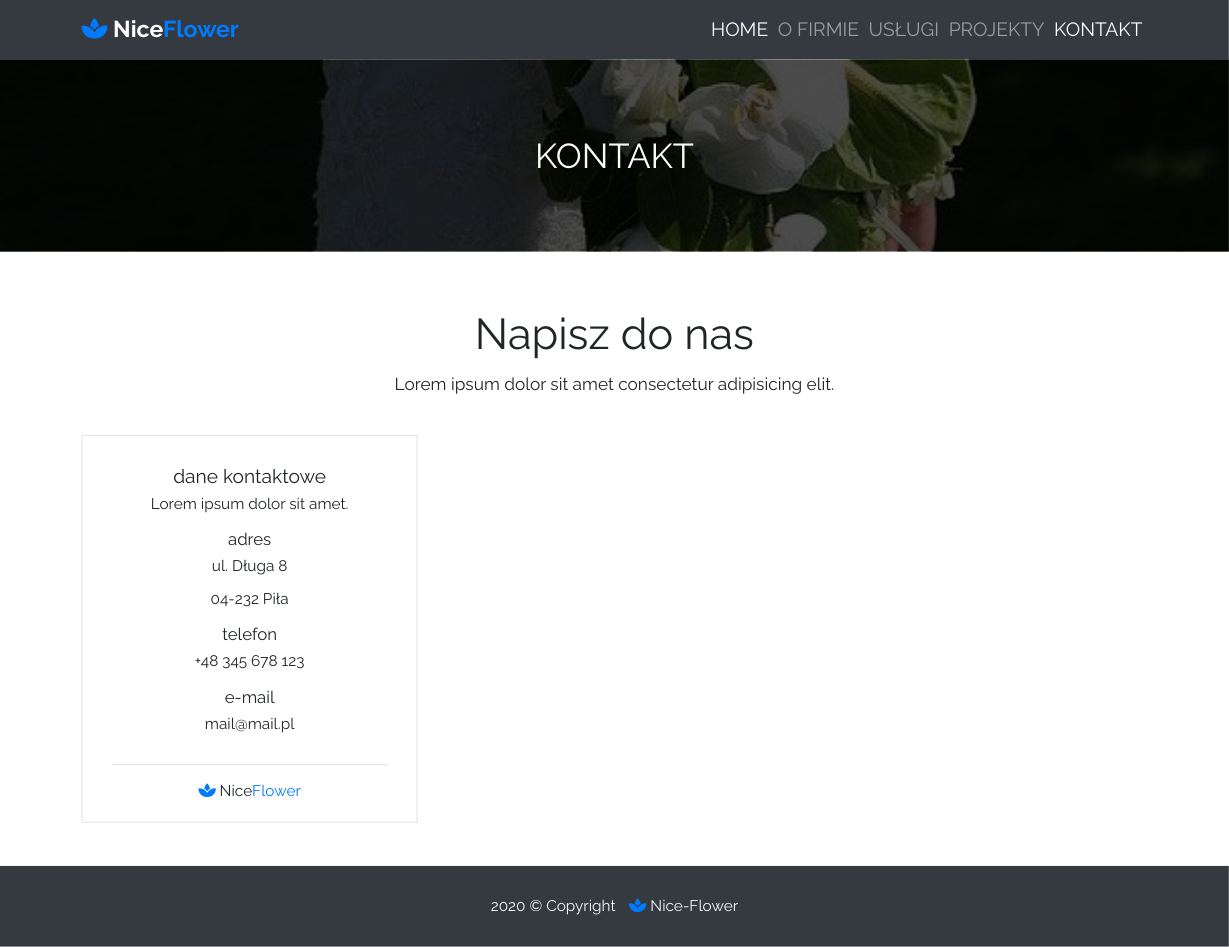
Repository: KrzysKolo/Projekt-13_Kwiaciarnia
Page: contact.html
The author's editor kept a copy of each file at every save. The page is drawn from the files as they stood at one save, then again after the next save.
The browser window is 1280 px wide. The pictures show the whole page, at 96% of full size.
Some web libraries are served in a nearby version.

Above is the page before, as saved 2020-08-11 13:24:17.

### contact.html
<!DOCTYPE html>
<html lang="pl">
  <head>
    <meta charset="UTF-8" />
    <meta name="viewport" content="width=device-width, initial-scale=1.0" />
    <title>Nice-Flower</title>
    <script
      src="https://kit.fontawesome.com/21efeaf281.js"
      crossorigin="anonymous"
    ></script>

    <link
      rel="stylesheet"
      href="https://stackpath.bootstrapcdn.com/bootstrap/4.5.0/css/bootstrap.min.css"
      integrity="sha384-9aIt2nRpC12Uk9gS9baDl411NQApFmC26EwAOH8WgZl5MYYxFfc+NcPb1dKGj7Sk"
      crossorigin="anonymous"
    />
    <link
      href="https://fonts.googleapis.com/css2?family=Raleway:wght@400;700&display=swap"
      rel="stylesheet"
    />
    <link rel="stylesheet" href="style.css" />
  </head>
  <body>
    <nav class="navbar navbar-expand-lg navbar-dark bg-dark py-3">
      <div class="container">
        <a class="navbar-brand" href="index.html"
          ><i class="fas fa-spa text-primary"></i> Nice<span
            class="text-primary"
            >Flower</span
          ></a
        >
        <button
          class="navbar-toggler border-0"
          type="button"
          data-toggle="collapse"
          data-target="#navbarNavAltMarkup"
          aria-controls="navbarNavAltMarkup"
          aria-expanded="false"
          aria-label="Toggle navigation"
        >
          <i class="fas fa-bars px-4"></i>
        </button>
        <div class="collapse navbar-collapse" id="navbarNavAltMarkup">
          <div class="navbar-nav ml-auto">
            <a class="nav-link active" href="index.html">Home </a>
            <a class="nav-link" href="abouteus.html">O firmie</a>
            <a class="nav-link" href="services.html"> Usługi</a>
            <a class="nav-link" href="projects.html">Projekty</a>
            <a class="nav-link active" href="#"
              ><span class="sr-only">(current)</span>Kontakt</a
            >
          </div>
        </div>
      </div>
    </nav>

    <!-- MAIN -->
    <main>
      <section class="top-hero contact-hero">
        <div class="hero-shadow"></div>
        <p class="top-hero-text text-light">Kontakt</p>
      </section>
      <section class="contact py-5">
        <div class="container">
          <div class="text-center py-5">
            <p class="display-3">Napisz do nas</p>
            <p class="additional-text">
              Lorem ipsum dolor sit amet consectetur adipisicing elit.
            </p>
          </div>

          <div class="row">
            <div class="col-md-5 col-lg-4">
              <div class="border p-5 mb-4 text-center">
                <h2>dane kontaktowe</h2>
                <p>Lorem ipsum dolor sit amet.</p>
                <h3 class="mt-4">adres</h3>
                <p>ul. Długa 8</p>
                <p>04-232 Piła</p>
                <h3 class="mt-4">telefon</h3>
                <p>+48 345 678 123</p>
                <h3 class="mt-4">e-mail</h3>
                <p>mail@mail.pl</p>
                <div class="contact-logo mt-5 pt-4 mb-n3 border-top">
                  <i class="fas fa-spa text-primary"></i> Nice<span
                    class="text-primary"
                    >Flower</span
                  >
                </div>
              </div>
            </div>
            <div class="col-md-7 col-lg-8"></div>
          </div>
        </div>
      </section>
    </main>
    <footer class="bg-dark text-light">
      <p class="py-5 px-3 mb-0 text-center">
        2020 &copy; Copyright
        <i class="ml-3 fas fa-spa text-primary"></i> Nice-Flower
      </p>
    </footer>
    <script
      src="https://code.jquery.com/jquery-3.5.1.slim.min.js"
      integrity="sha384-DfXdz2htPH0lsSSs5nCTpuj/zy4C+OGpamoFVy38MVBnE+IbbVYUew+OrCXaRkfj"
      crossorigin="anonymous"
    ></script>
    <script
      src="https://cdn.jsdelivr.net/npm/popper.js@1.16.0/dist/umd/popper.min.js"
      integrity="sha384-Q6E9RHvbIyZFJoft+2mJbHaEWldlvI9IOYy5n3zV9zzTtmI3UksdQRVvoxMfooAo"
      crossorigin="anonymous"
    ></script>
    <script
      src="https://stackpath.bootstrapcdn.com/bootstrap/4.5.0/js/bootstrap.min.js"
      integrity="sha384-OgVRvuATP1z7JjHLkuOU7Xw704+h835Lr+6QL9UvYjZE3Ipu6Tp75j7Bh/kR0JKI"
      crossorigin="anonymous"
    ></script>
  </body>
</html>

### style.css
* {
  box-sizing: border-box;
  margin: 0;
  padding: 0;
}
html {
  font-size: 62.5%;
}
body {
  font-family: "Raleway", sans-serif;
  font-size: 1.6rem;
}
.hero-shadow {
  position: absolute;
  top: 0;
  width: 100%;
  height: 100%;
  background-color: rgba(0, 0, 0, 0.7);
  z-index: -1;
}
.additional-text {
  font-size: 1.8rem;
}
.top-hero {
  position: relative;
  height: 20rem;
  background-size: cover;
  z-index: 0;
}
.top-hero-text {
  display: flex;
  justify-content: center;
  align-items: center;
  height: 100%;
  font-size: 3.6rem;
  text-transform: uppercase;
}
/* ----------- */
/*  nawigacja  */
/* ----------- */
nav {
  font-size: 2rem;
  text-transform: uppercase;
}
.navbar-toggler {
  font-size: 3rem;
}
.navbar-brand {
  font-size: 2.4rem;
  font-weight: bold;
  text-transform: none;
}
/* ----------- */
/*    header   */
/* ----------- */
header {
  font-size: 2rem;
}
.carousel-item {
  position: relative;
  height: 400px;
  background-position: center;
  background-size: cover;
  z-index: 0;
}
.carousel-img-one {
  background-image: url("./img/b1m.jpg");
}
.carousel-img-two {
  background-image: url("./img/b2m.jpg");
}
.carousel-img-three {
  background-image: url("./img/b4m.jpg");
}
/* ----------- */
/*     main    */
/* ----------- */
.home-boxes {
  padding: 5rem 0;
}
.home-box i {
  font-size: 4rem;
}
.home-box h3 {
  font-size: 2.6rem;
}
/* ----------- */
.home-passion {
  position: relative;
  height: 350px;
  background-image: url("./img/b8m.jpg");
  background-position: center;
  background-size: cover;
  z-index: 0;
}
/* ----------- */
.home-brand h3 {
  font-size: 3rem;
  font-weight: bold;
}
/* ----------- */
/*   aboutus   */
/* ----------- */
.aboutus-hero {
  background-image: url("./img/obrazek1.jpg");
  background-position: bottom;
}
/* ----------- */
.aboutus-top .display-3 {
  text-transform: uppercase;
}
/* ----------- */
.aboutus-info {
  background-color: rgba(0, 0, 0, 0.3);
}
.aboutus-info .container {
  padding: 2em 0.5em;
}
.aboutus-text {
  padding: 1.8rem;
}
.aboutus-text h3 {
  margin-bottom: 0.5em;
  font-size: 2.6rem;
  text-transform: uppercase;
  font-weight: bold;
  text-decoration: underline #007bff;
}
.abouts-text-right {
  text-align: right;
}
.aboutus-img {
  height: 300px;
  background-image: url("./img/b5m.jpg");
  background-position: center;
  background-size: cover;
}
/* ----------- */
.aboutus-bottom i {
  font-size: 3rem;
}
.aboutus-bottom h3 {
  font-size: 2.2rem;
  font-weight: bold;
}
/* ----------- */
/*    usługi   */
/* ----------- */
.service-hero {
  background-image: url("./img/pm.jpg");
  background-position: 0 50%;
}
/* ----------- */
.service-hero-box {
  position: relative;
  height: 300px;
  background-size: cover;
  z-index: 0;
}
.service-hero-box p {
  display: flex;
  justify-content: center;
  align-items: center;
  font-size: 3rem;
  text-transform: uppercase;
}
.service-pricing .box-one {
  background-image: url("./img/b2m.jpg");
}
.service-pricing .box-two {
  background-image: url("./img/bsm.jpg");
}
.service-pricing .box-three {
  background-image: url("./img/wm.jpg");
}
.service-pricing .box-four {
  background-image: url("./img/rdm.jpg");
}
.service-pricing .card-header {
  font-size: 2rem;
  cursor: pointer;
}
.service-pricing h3 {
  font-weight: bold;
}
.service-pricing .btn {
  font-size: 1.6rem;
  text-transform: uppercase;
}
/* ----------- */
/*   projekty  */
/* ----------- */
.projects-hero {
  background-image: url("./img/b3m.jpg");
  background-position: center;
}
.projects img {
  height: 240px;
  object-fit: cover;
}
.projects .btn {
  font-size: 1.4rem;
  text-transform: uppercase;
}
/* ----------- */
/*    kontakt  */
/* ----------- */
.contact-hero {
  background-image: url("./img/obrazek2.jpg");
  background-position: center;
}
/* ----------- */
/*    footer   */
/* ----------- */
footer {
  font-size: 1.6rem;
}
@media (min-width: 992px) {
  .aboutus-info .container {
    padding: 0;
  }
  .aboutus-shadow {
    box-shadow: inset 0 5px 10px -5px rgba(0, 0, 0, 0.4);
  }
  .aboutus-text {
    padding: 5em 0;
    transform: skew(-15deg);
  }
  .abouts-text-left {
    padding-right: 2em;
    text-align: right;
  }
  .abouts-text-right {
    padding-left: 2em;
    text-align: left;
  }
  .aboutus-img {
    height: auto;
    transform: skew(-15deg);
  }
}
@media (min-width: 1400px) {
  .carousel-item {
    height: 600px;
  }
  .carousel-img-one {
    background-image: url("./img/b1.jpg");
  }
  .carousel-img-two {
    background-image: url("./img/b2.jpg");
  }
  .carousel-img-three {
    background-image: url("./img/b4.jpg");
  }
}

After the next save:
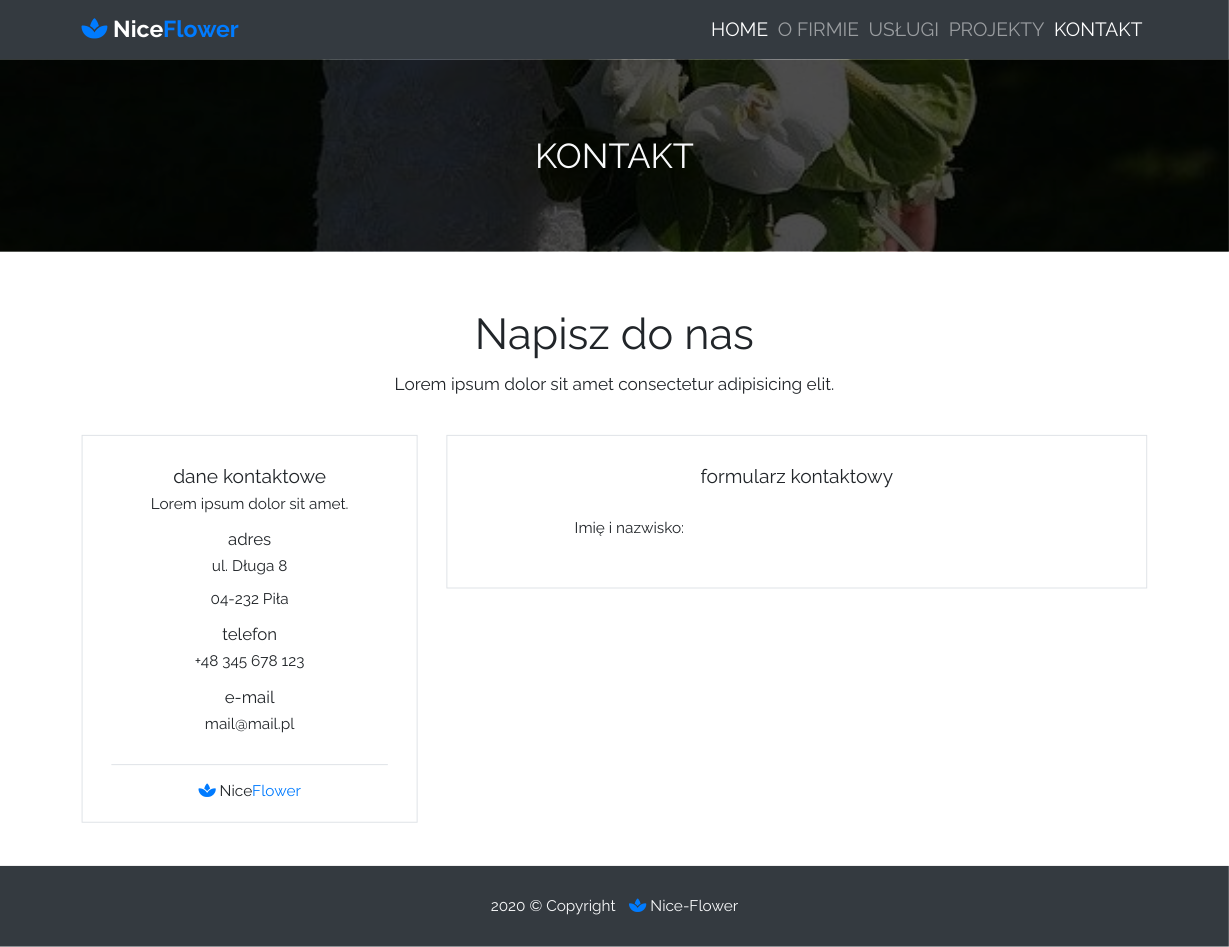
Saved 5 min 57 s later.
--- a/contact.html
+++ b/contact.html
@@ -90,7 +90,20 @@
                 </div>
               </div>
             </div>
-            <div class="col-md-7 col-lg-8"></div>
+            <div class="col-md-7 col-lg-8">
+              <div class="border p-5 text-center">
+                <h2>formularz kontaktowy</h2>
+                <form class="mt-5">
+                  <div class="row">
+                    <div class="col-md-6">
+                      <div class="form-group mb-4">
+                        <label>Imię i nazwisko: </label>
+                      </div>
+                    </div>
+                  </div>
+                </form>
+              </div>
+            </div>
           </div>
         </div>
       </section>
